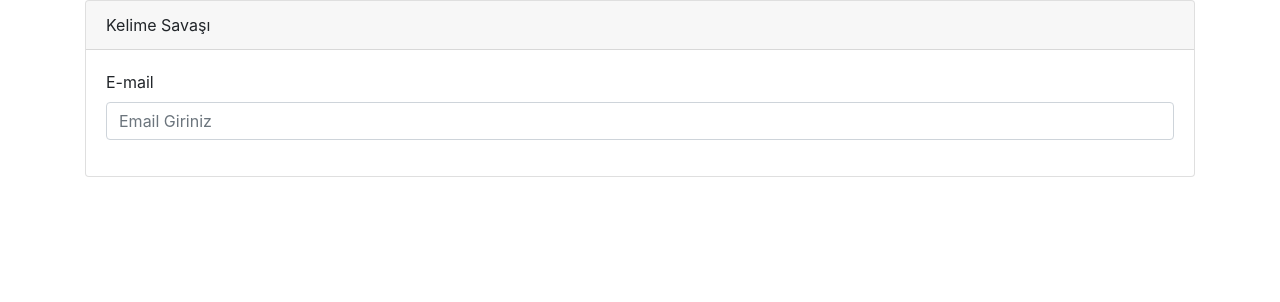
Repository: triapost/kelimeapp
Page: /login
These files come from the project's save history. The page is drawn as it stood at one moment and after the next save; the edit follows.
The browser window is 1280 px wide. The pictures show the whole page.
The project was rebuilt for these pictures with package versions that can differ from the ones it lists, and the page was loaded fresh each time. Also part of the build but not shown: src/pages/auth/Register.js, src/pages/home/Home.js.

Above is the page before, as saved 2020-09-15 22:24:31.

After the next save:
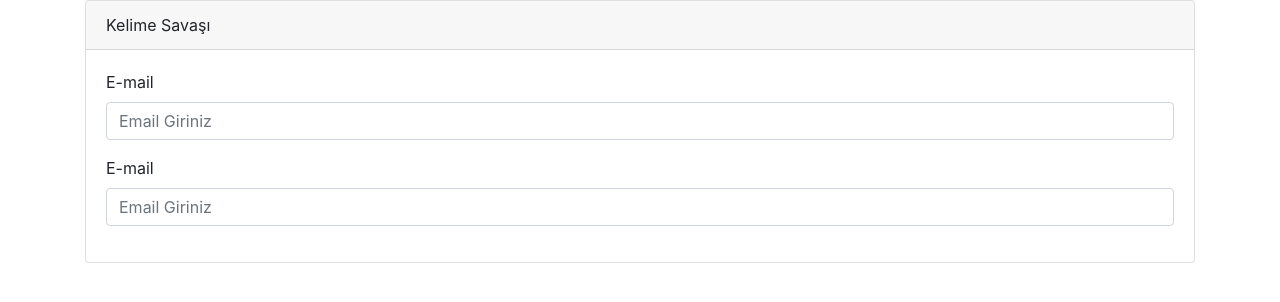
Saved 22 s later.
--- a/src/pages/auth/Login.js
+++ b/src/pages/auth/Login.js
@@ -18,6 +18,17 @@ const Login = () => {
               />
 
             </div>
+            <div className="form-group">
+              <label htmlFor="">E-mail</label>
+              <input
+                type="email"
+                className="form-control"
+                placeholder="Email Giriniz"
+                name="email"
+                required
+              />
+
+            </div>
           </form>
         </div>
       </div>
